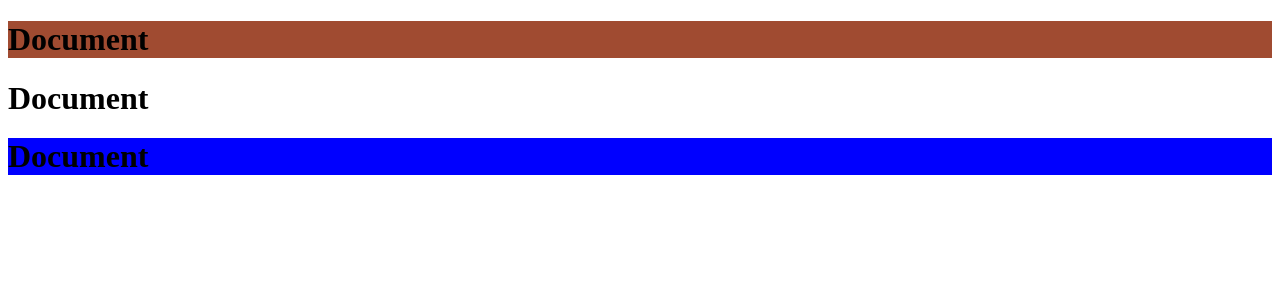
Repository: 3EyEdRav3n/10-2020-cohort-course
Page: week-1/day-4/warm-up.html
An editor plug-in stored every save of this project. The page is shown before and after the next save, followed by the edit.
The browser window is 1280 px wide. The pictures show the whole page.

Above is the page before, as saved 2020-10-29 20:16:31.

After the next save:
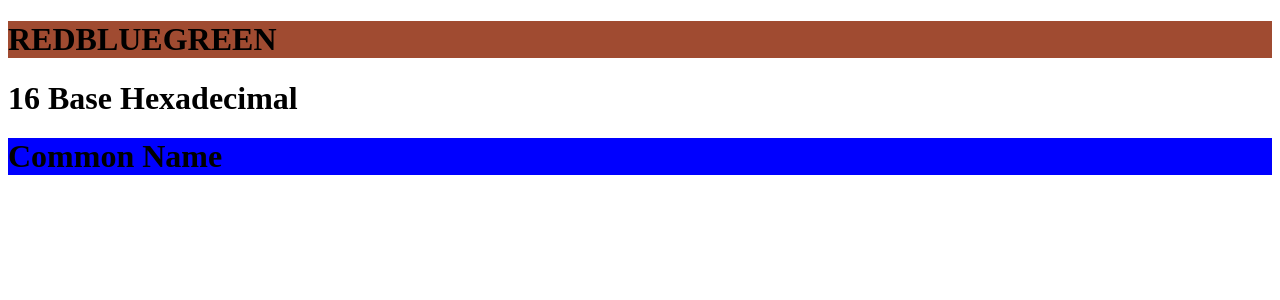
Saved 92 s later.
--- a/week-1/day-4/warm-up.html
+++ b/week-1/day-4/warm-up.html
@@ -12,13 +12,13 @@
   </head>
   <body>
     <div class="Div1">
-      <h1>Document</h1>
+      <h1>REDBLUEGREEN</h1>
     </div>
     <div class="Div2">
-      <h1>Document</h1>
+      <h1>16 Base Hexadecimal</h1>
     </div>
     <div class="Div3">
-      <h1>Document</h1>
+      <h1>Common Name</h1>
     </div>
   </body>
 </html>
